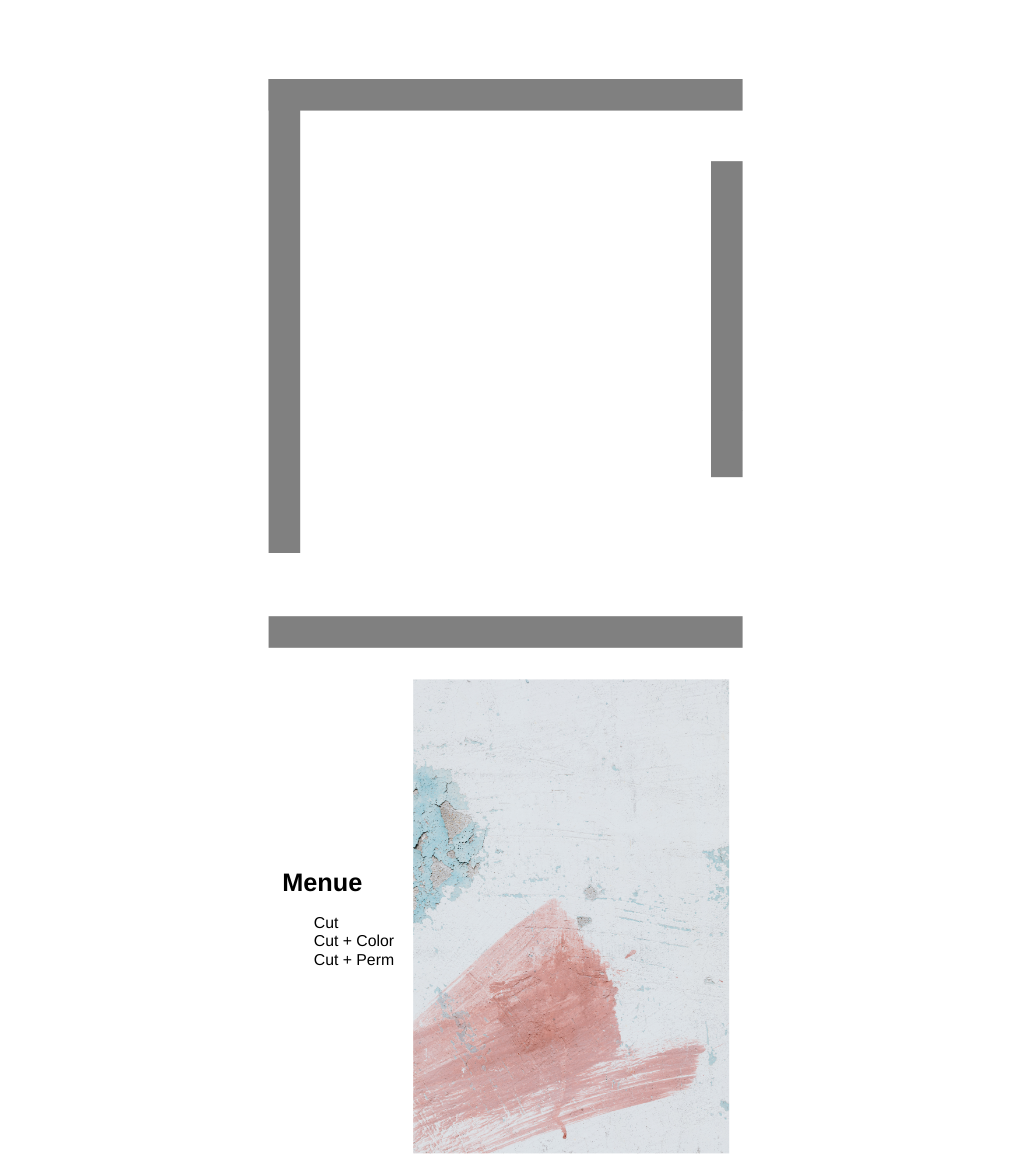
Repository: tomomi1214/canvas.
Page: canvas/imdex.html
The author's editor kept a record of every edit. The page is drawn from the files as they stood at one moment, then again after the next edit.
The browser window is 1280 px wide. The pictures show the whole page, at 79% of full size.
Some web fonts or font styles are not loaded; a fallback is used. Some web libraries are served in a nearby version.

Above is the page before.
Console error: TypeError: e.indexOf is not a function

After the next edit:
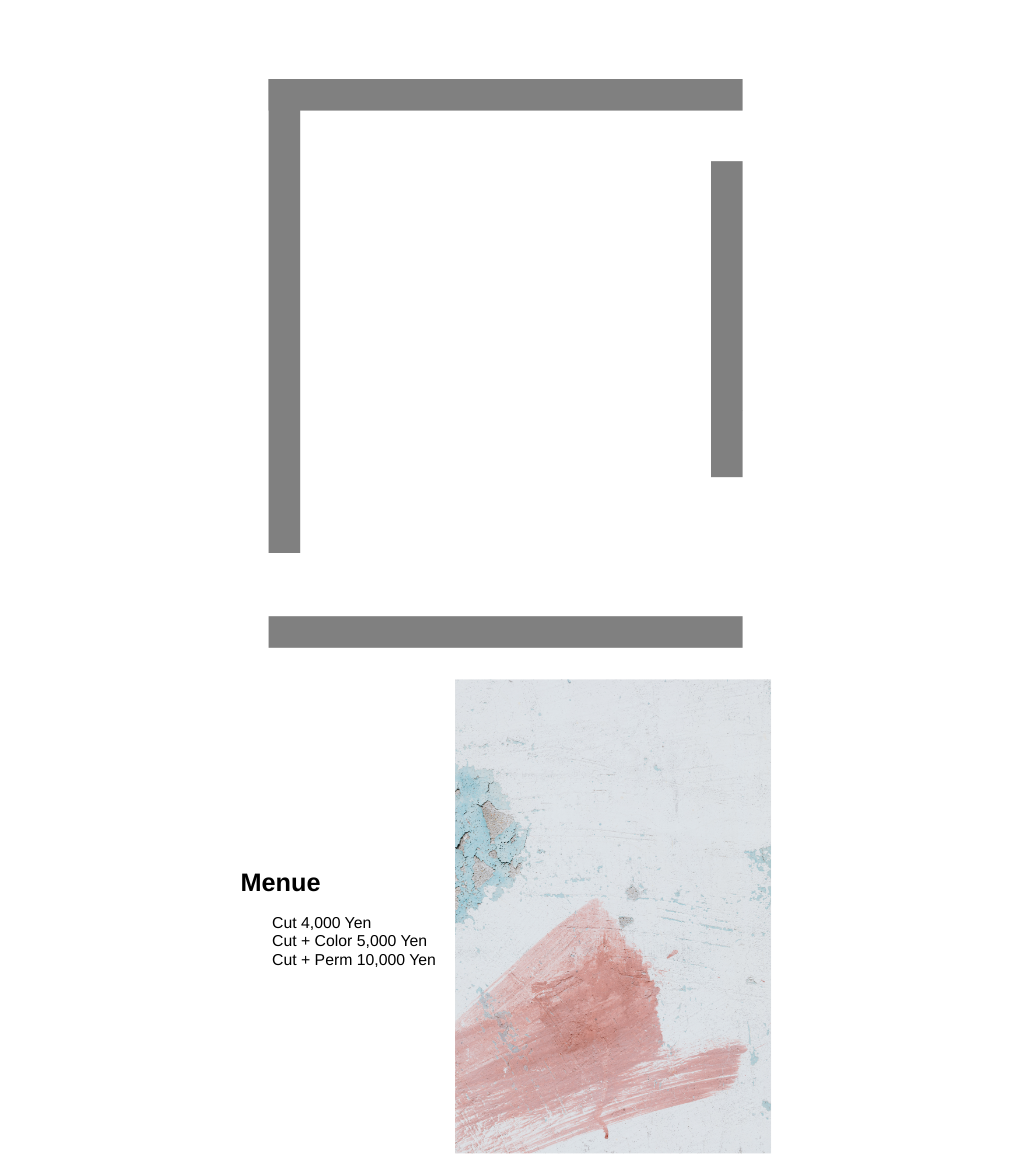
The edit:
--- a/canvas/imdex.html
+++ b/canvas/imdex.html
@@ -27,9 +27,9 @@
             <div class="price">
                 <h1>Menue</h1>
                 <ul>
-                    <li>Cut</li>
-                    <li>Cut + Color</li>
-                    <li>Cut + Perm</li>
+                    <li>Cut            4,000 Yen</li>
+                    <li>Cut + Color    5,000 Yen</li>
+                    <li>Cut + Perm    10,000 Yen</li>
                 </ul>
             </div>
             <div class="pic">
